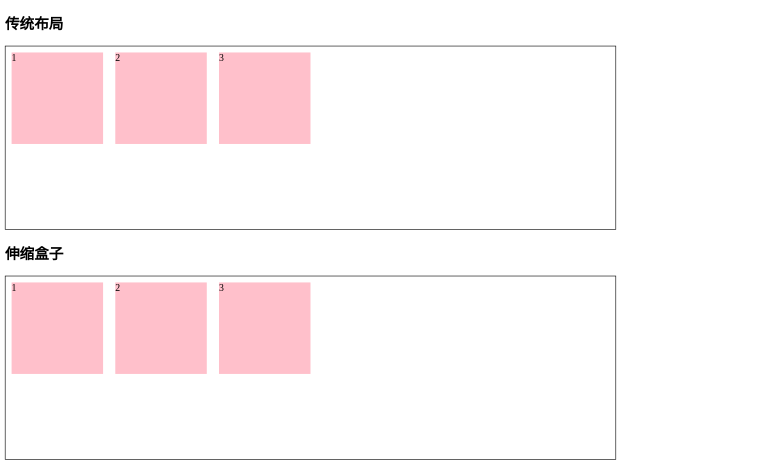
Repository: liuxi0811/web-demo
Page: 伸缩布局.html
An editor plug-in stored every save of this project. The page is shown before and after the next save, followed by the edit.
The browser window is 1280 px wide. The pictures show the whole page, at 61% of full size.

Above is the page before, as saved 2020-12-03 18:11:32.

### 伸缩布局.html
<!DOCTYPE html>
<html lang="en">

<head>
    <meta charset="UTF-8">
    <meta name="viewport" content="width=device-width, initial-scale=1.0">
    <title>Document</title>
    <style>
        div {
            width: 1000px;
            height: 300px;
            border: 1px solid;
        }

        li {
            width: 150px;
            height: 150px;
            background: pink;
            margin: 10px;
            /* display: flex; */

        }

        ul {
            list-style: none;
            margin: 0px;
            padding: 0px;

        }

        /* section:nth-child(1) ul{
           overflow: hidden;
        } */
        section:nth-child(1) ul li{
            float: left;
        }
        section:nth-child(2) ul{
            display: flex;
        }
    </style>
</head>

<body>
    <section>
        <h1>传统布局</h1>
        <div>
            <ul>
                <li>1</li>
                <li>2</li>
                <li>3</li>
        </div>
    </section>

    <section>
        <h1>伸缩盒子</h1>
        <div>
            <ul>
                <li>1</li>
                <li>2</li>
                <li>3</li>
        </div>
    </section>
</body>

</html>

After the next save:
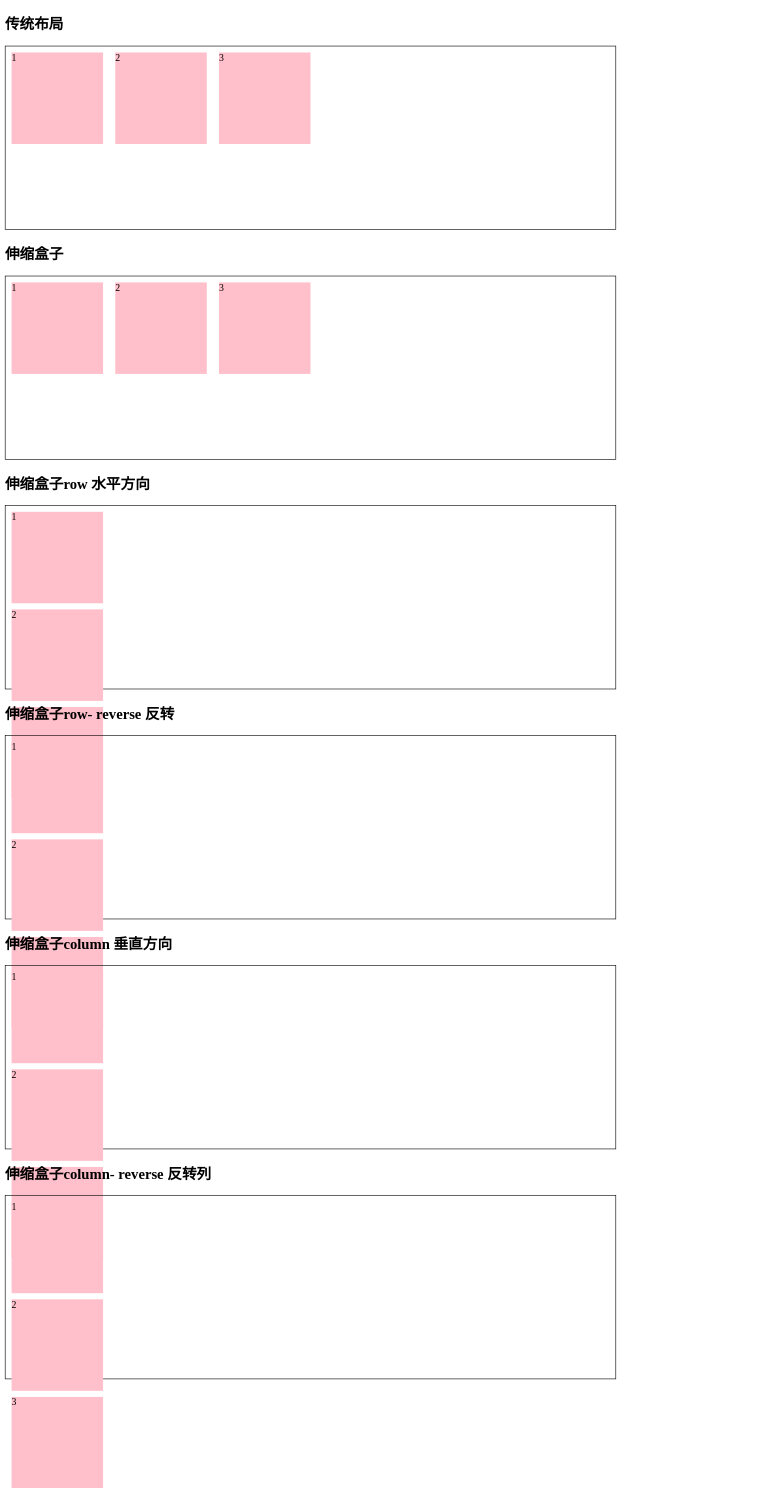
Saved 3 min 27 s later.
--- a/伸缩布局.html
+++ b/伸缩布局.html
@@ -60,6 +60,46 @@
                 <li>3</li>
         </div>
     </section>
+
+    <section>
+        <h1>伸缩盒子row 水平方向</h1>
+        <div>
+            <ul>
+                <li>1</li>
+                <li>2</li>
+                <li>3</li>
+        </div>
+    </section>
+
+    <section>
+        <h1>伸缩盒子row- reverse 反转</h1>
+        <div>
+            <ul>
+                <li>1</li>
+                <li>2</li>
+                <li>3</li>
+        </div>
+    </section>
+
+    <section>
+        <h1>伸缩盒子column 垂直方向</h1>
+        <div>
+            <ul>
+                <li>1</li>
+                <li>2</li>
+                <li>3</li>
+        </div>
+    </section>
+
+    <section>
+        <h1>伸缩盒子column- reverse 反转列</h1>
+        <div>
+            <ul>
+                <li>1</li>
+                <li>2</li>
+                <li>3</li>
+        </div>
+    </section>
 </body>
 
 </html>
